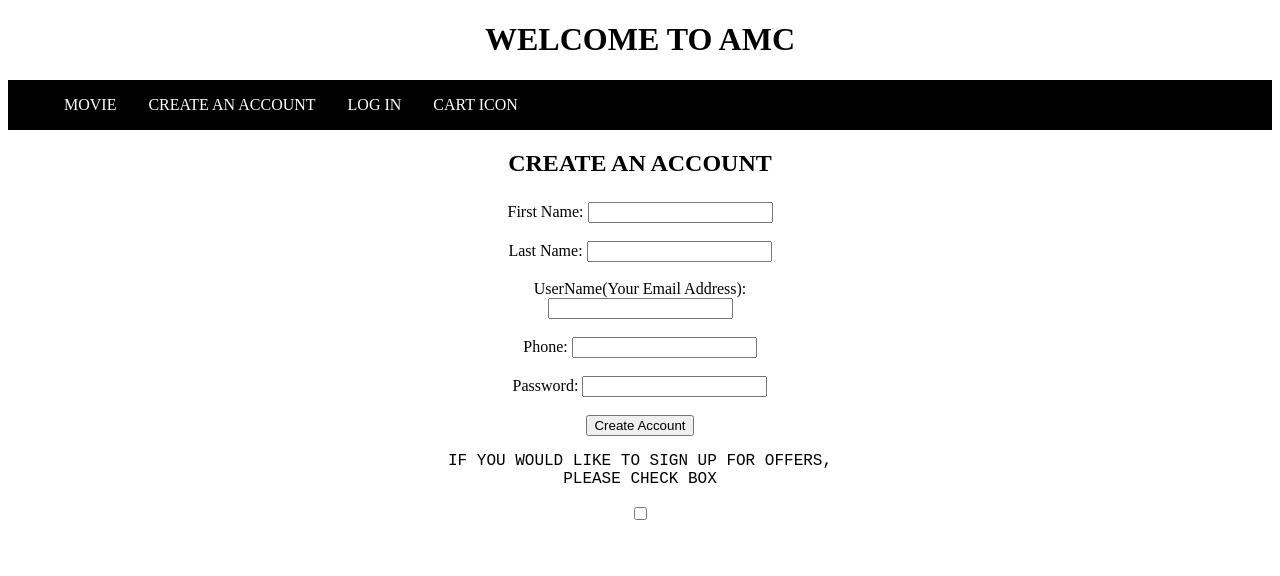
Repository: TagninaShama/CoreJavaJune2020
Page: http://localhost/FinalProject/addAccountForm
An editor plug-in stored every save of this project. The page is shown before and after the next save, followed by the edit.
The browser window is 1280 px wide. The pictures show the whole page.
The page is served by Tomcat 9.

Above is the page before, as saved 2019-11-24 18:56:13.

After the next save:
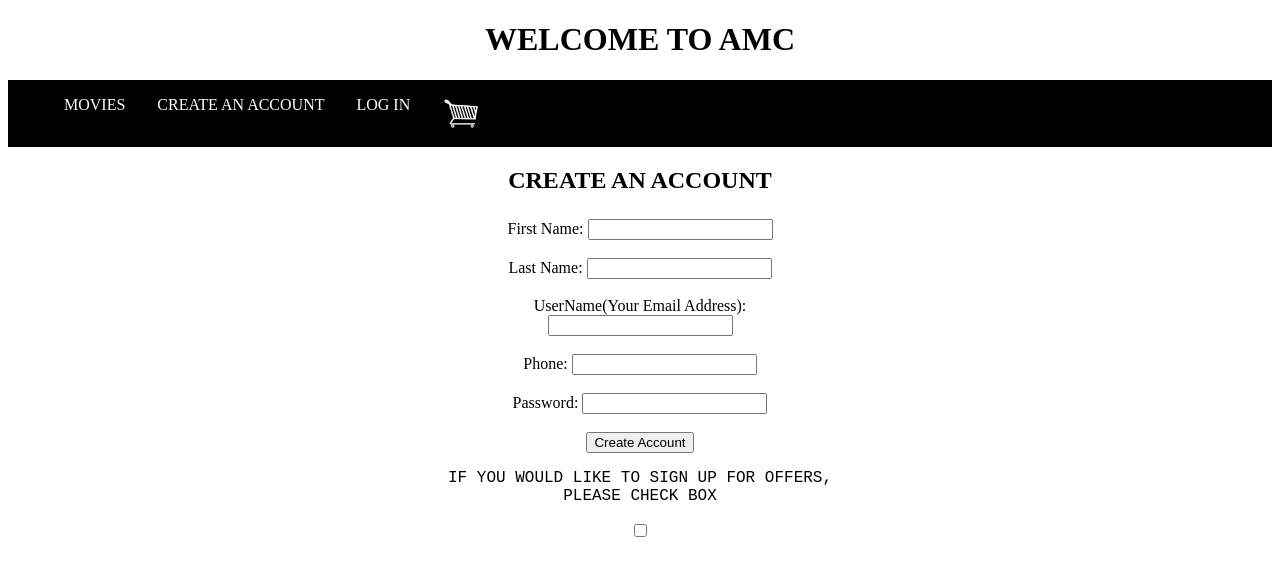
Saved 57 s later.
--- a/FinalProject/WebContent/CreateAccount.jsp
+++ b/FinalProject/WebContent/CreateAccount.jsp
@@ -11,10 +11,10 @@
 <h1><center>Welcome to AMC </center></h1>
 <nav>
 <ul>
-<li><a href="Movies.jsp">Movie</a></li>
+<li><a href="MovieServlet">Movies</a></li>
 <li><a href="addAccountForm">Create an Account</a></li>
-<li><a href="LogIn.jsp">Log In </a></li>
-<li><a href="cart.jsp">Cart icon</a></li>
+<li><a href="LogInForm">Log In </a></li>
+<li><a href="cart.jsp" id="cartLogo"><img src="images/cart2.png" alt="" id="cartLogo"/></a></li>
 </ul>
 </nav>
 </header>
